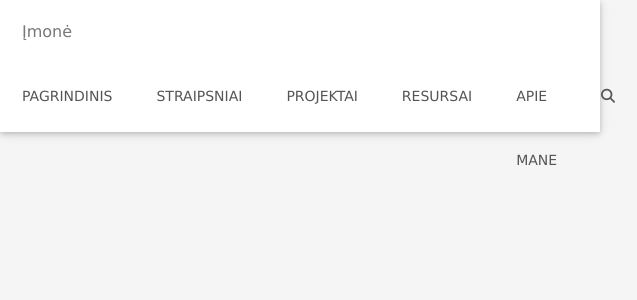
Repository: motiejus1/14-paskaita-05.31
Page: index.html
The author's editor kept a copy of each file at every save. The page is drawn from the files as they stood at one save, then again after the next save.
The browser window is 600 px wide. The page is 637 px wide, so the pictures cover 637 px, including what lies to the right of the window. The pictures show the whole page.
Some web libraries are served in a nearby version.

Above is the page before, as saved 2021-06-23 19:57:32.

After the next save:
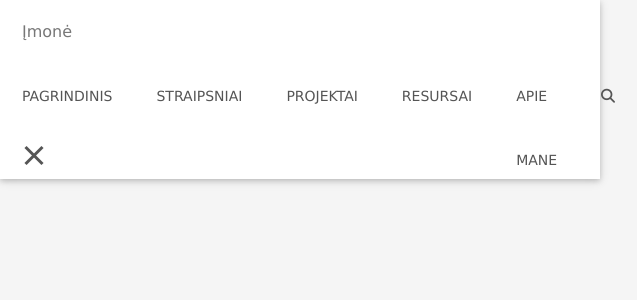
Saved 4 s later.
--- a/index.html
+++ b/index.html
@@ -131,7 +131,7 @@
 
         @media screen and (max-width: 720px) {
             .toggle {
-                /* display:block; */
+                display:block;
             }
         }
 
